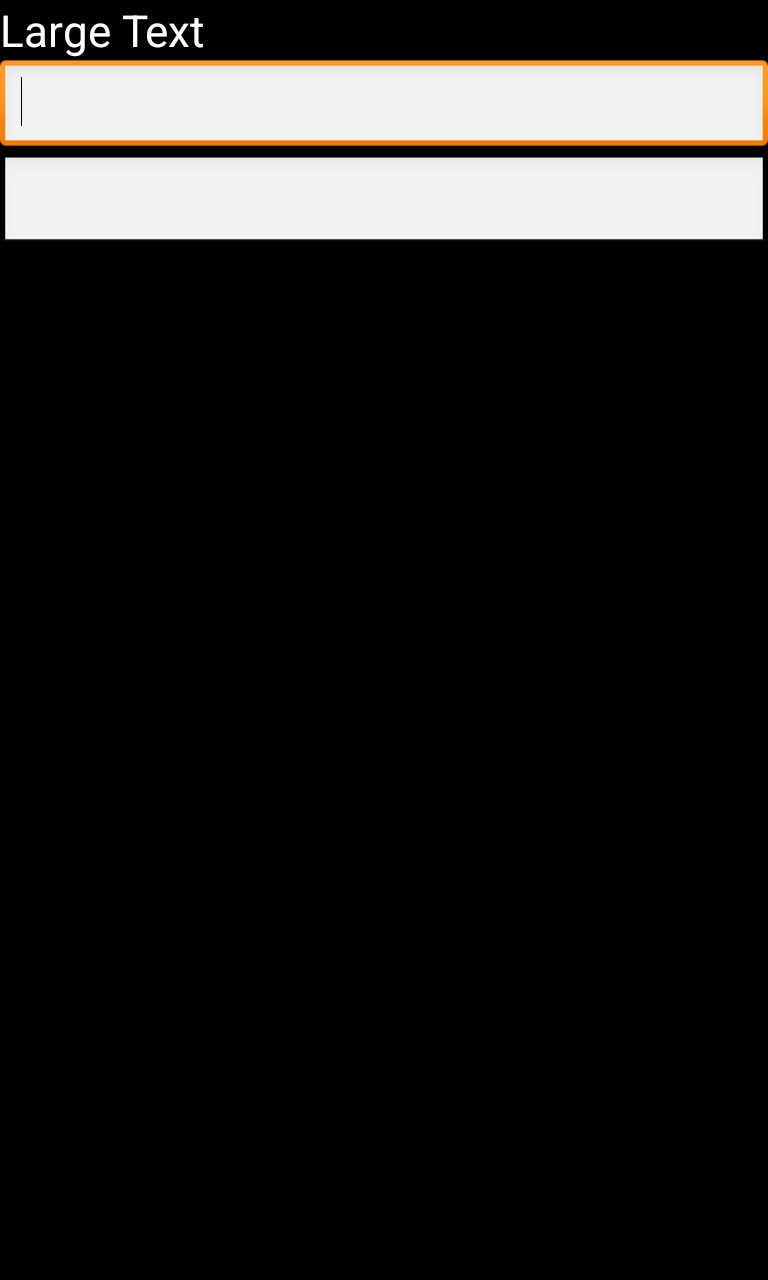
Repository: smartapps08/addteqtutorials
Layout: Database Demo/res/layout/main.xml
These files come from the project's save history. The layout is drawn as it stood at one moment and after the next save; the edit follows.
It is drawn on a 768 x 1280 px phone screen (xhdpi) without system bars, with theme android:Theme; the app's code is not run.

Above is the layout before, as saved 2012-06-12 15:20:44.

After the next save:
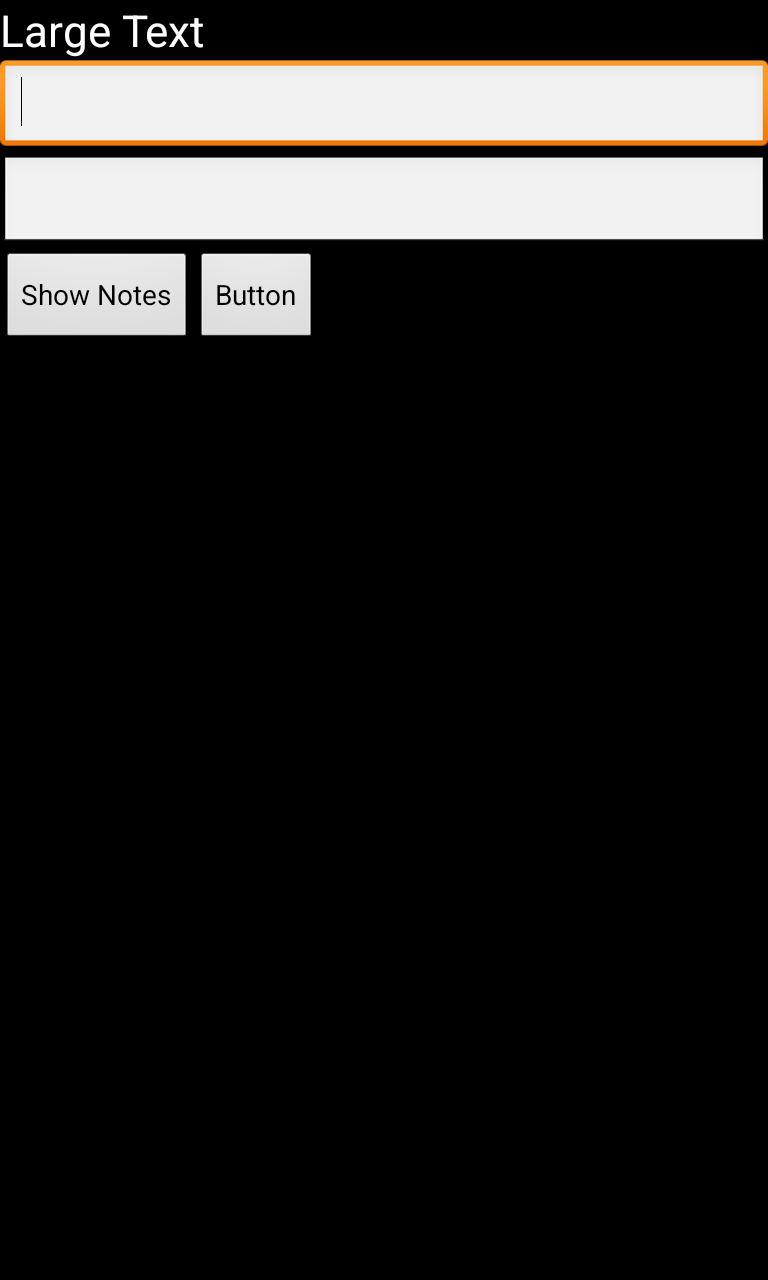
Saved 2 min 39 s later.
--- a/Database Demo/res/layout/main.xml
+++ b/Database Demo/res/layout/main.xml
@@ -27,4 +27,22 @@
         android:ems="10"
         android:inputType="textPostalAddress" />
 
+    <LinearLayout
+        android:layout_width="match_parent"
+        android:layout_height="wrap_content" >
+
+        <Button
+            android:id="@+id/btnShow"
+            android:layout_width="wrap_content"
+            android:layout_height="wrap_content"
+            android:text="Show Notes" />
+
+        <Button
+            android:id="@+id/button2"
+            android:layout_width="wrap_content"
+            android:layout_height="wrap_content"
+            android:text="Button" />
+
+    </LinearLayout>
+
 </LinearLayout>
